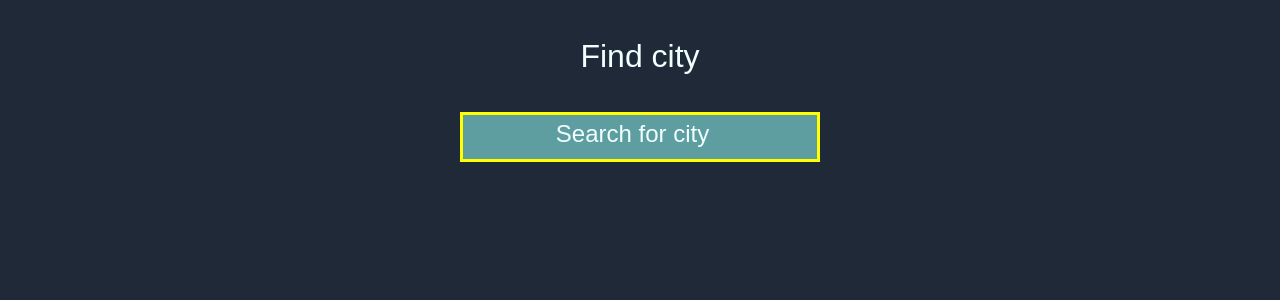
Repository: dung8466/Javascript30
Page: Pratice axios/index.html
These files come from the project's save history. The page is drawn as it stood at one moment and after the next save; the edit follows.
The browser window is 1280 px wide. The pictures show the whole page.

Above is the page before, as saved 2022-07-20 16:40:08.

After the next save:
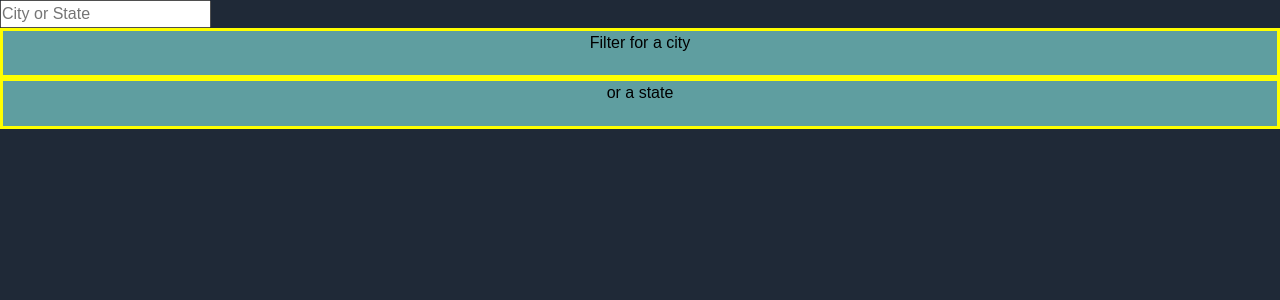
Saved 4 min 58 s later.
--- a/Pratice axios/index.html
+++ b/Pratice axios/index.html
@@ -1,26 +1,22 @@
 <!DOCTYPE html>
 <html lang="en">
 <head>
-    <meta charset="UTF-8">
-    <meta http-equiv="X-UA-Compatible" content="IE=edge">
-    <meta name="viewport" content="width=device-width, initial-scale=1.0">
-    <title>Cities</title>
-    <link rel="stylesheet" href="style.css">
+  <meta charset="UTF-8">
+  <title>Type Ahead 👀</title>
+  <link rel="stylesheet" href="style.css">
 </head>
 <body>
-    <header>
-        Find city
-    </header>
 
-    <main id="container">
-        <form action="" id="form">
-            <input type="search" name="cityName" placeholder="Search for city" id="input">
-            <ul id="citiesList">
-            </ul>
-        </form>
-    </main>
+  <form class="search-form">
+    <input type="text" class="search" placeholder="City or State">
+    <ul class="suggestions">
+      <li>Filter for a city</li>
+      <li>or a state</li>
+    </ul>
+  </form>
+<script>
+const endpoint = 'https://gist.githubusercontent.com/Miserlou/c5cd8364bf9b2420bb29/raw/2bf258763cdddd704f8ffd3ea9a3e81d25e2c6f6/cities.json';
 
-    <script src="https://unpkg.com/axios/dist/axios.min.js"></script>
-    <script src="app.js"></script>
+</script>
 </body>
 </html>
